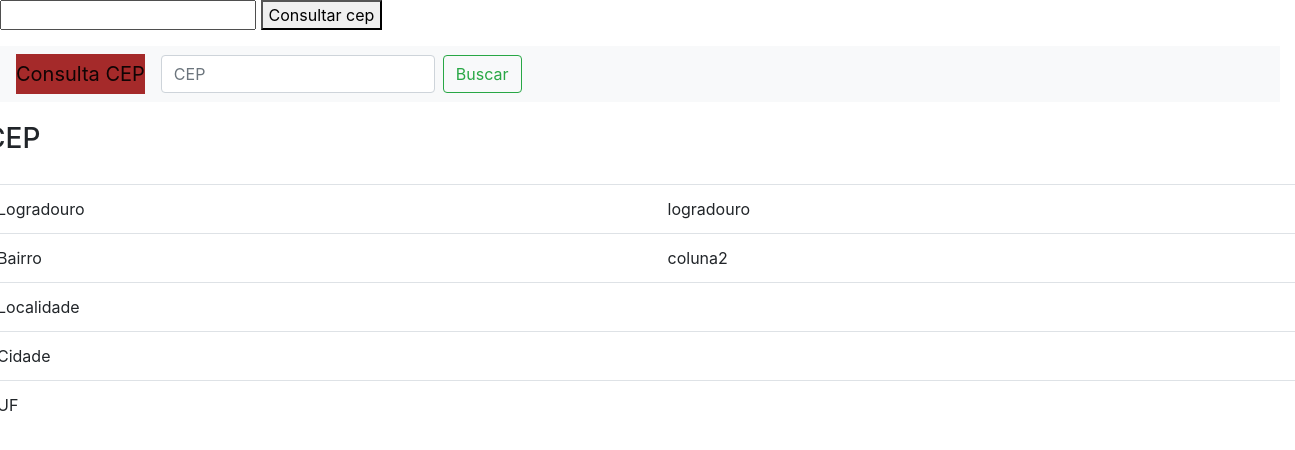
Repository: DaniloBaracho/jquery
Page: index.html
The author's editor kept a copy of each file at every save. The page is drawn from the files as they stood at one save, then again after the next save.
The browser window is 1280 px wide. The page is 1295 px wide, so the pictures cover 1295 px, including what lies to the right of the window. The pictures show the whole page.

Above is the page before, as saved 2020-06-19 18:38:51.

After the next save:
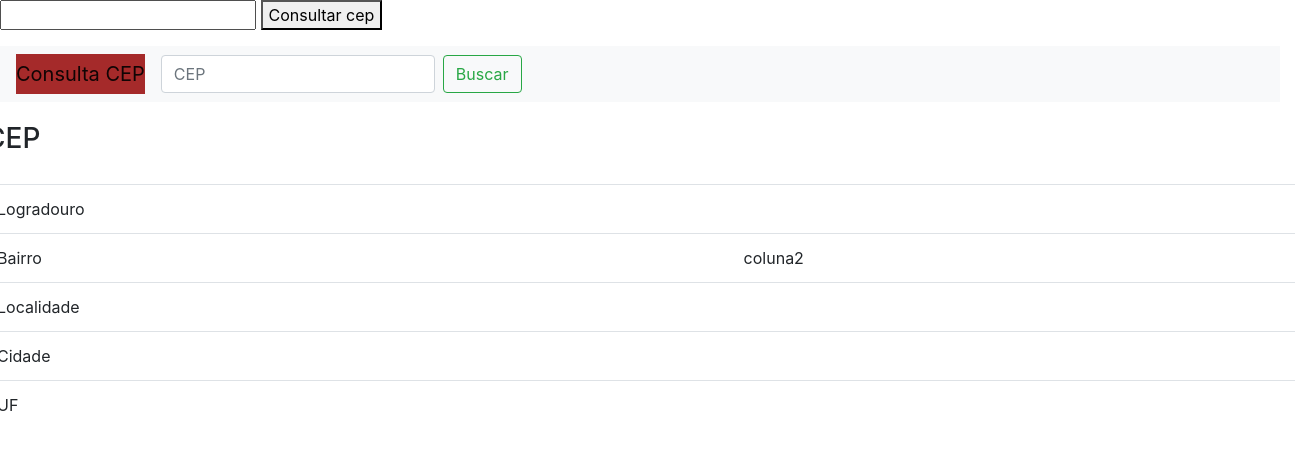
Saved 28 s later.
--- a/index.html
+++ b/index.html
@@ -36,8 +36,8 @@
                             <td>
                                Logradouro
                             </td>
-                            <td>
-                                logradouro
+                            <td id="logradouro">
+
                             </td>
                         </tr>
                         <tr>
